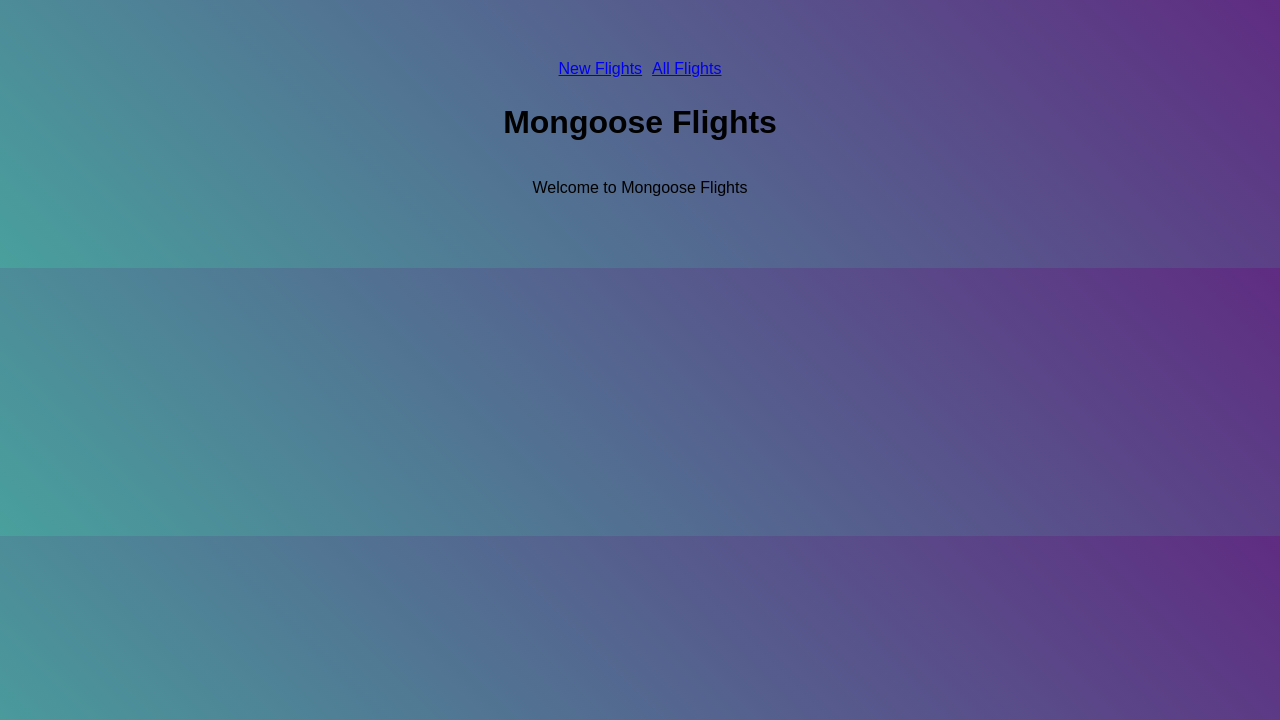
Repository: jmendoza13/mongoose-flights
Page: http://localhost/
The author's editor kept a copy of each file at every save. The page is drawn from the files as they stood at one save, then again after the next save.
The browser window is 1280 px wide. The pictures show the whole page.
The page is served by the project's Node server (server.js). Other server files are loaded and not shown.

Above is the page before, as saved 2022-07-22 12:26:02.

### views/index.ejs
<%- include('./partials/header') %>

   <h1><%= title %></h1>
    <p>Welcome to <%= title %></p>

    <%- include('./partials/footer') %>

### views/Partials/header.ejs
<!DOCTYPE html>
<html lang="en">

<head>
    <meta charset="UTF-8">
    <meta http-equiv="X-UA-Compatible" content="IE=edge">
    <meta name="viewport" content="width=device-width, initial-scale=1.0">
    <link rel='stylesheet' href='/stylesheets/style.css' />
    <title>Flights</title>
</head>

<body>
    <nav>
        <a href="/flights/new">New Flights</a>
        <a href="/flights">All Flights</a>
    </nav>

### server.js
var createError = require('http-errors');
var express = require('express');
var path = require('path');
var cookieParser = require('cookie-parser');
var logger = require('morgan');

require('dotenv').config();

require('./config/database');

var indexRouter = require('./routes/index');
var flightsRouter = require('./routes/flights');
var destinationsRouter = require('./routes/destinations');
var ticketsRouter = require('./routes/tickets');

var app = express();

// view engine setup
app.set('views', path.join(__dirname, 'views'));
app.set('view engine', 'ejs');

app.use(logger('dev'));
app.use(express.json());
app.use(express.urlencoded({ extended: false }));
app.use(cookieParser());
app.use(express.static(path.join(__dirname, 'public')));

app.use('/', indexRouter);
app.use('/flights', flightsRouter);
app.use('/', destinationsRouter);
app.use('/', ticketsRouter);

// catch 404 and forward to error handler
app.use(function(req, res, next) {
  next(createError(404));
});

// error handler
app.use(function(err, req, res, next) {
  // set locals, only providing error in development
  res.locals.message = err.message;
  res.locals.error = req.app.get('env') === 'development' ? err : {};

  // render the error page
  res.status(err.status || 500);
  res.render('error');
});

module.exports = app;

### routes/index.js
var express = require('express');
var router = express.Router();

/* GET home page. */
router.get('/', function(req, res, next) {
  res.render('index', { title: 'Mongoose Flights' });
});

module.exports = router;

### public/stylesheets/style.css
body {
  padding: 50px;
  font-family: sans-serif;  display: grid;
  font-weight: 100;
  justify-content: center;
  background: linear-gradient(45deg, #49a09d, #5f2c82);
  background-repeat: contain;
  text-align: center;
  margin: 5px;
  grid-template-areas:
    "nav"
    "main"
}

nav, h1, p {
  display: flex;
  color: #010101;
  justify-content: center;
  align-items: center;
  text-align: center;
}

.container {
	position: absolute;
	top: 50%;
	left: 50%;
	transform: translate(-50%, -50%);
}

table {
	width: 800px;
	border-collapse: collapse;
	overflow: hidden;
	box-shadow: 0 0 20px rgba(0,0,0,0.1);
}

th,
td {
	padding: 15px;
	background-color: rgba(255,255,255,0.2);
	color: #fff;
}

th {
	text-align: left;
}

thead {
	th {
		background-color: #55608f;
	}
}

tbody {
	tr {
		&:hover {
			background-color: rgba(255,255,255,0.3);
		}
	}
	td {
		position: relative;
		&:hover {
			&:before {
				content: "";
				position: absolute;
				left: 0;
				right: 0;
				top: -9999px;
				bottom: -9999px;
				background-color: rgba(255,255,255,0.2);
				z-index: -1;
			}
		}
	}
}

a {
  padding: 5px;
}

Loaded but not shown: views/Partials/footer.ejs (common file)

After the next save:
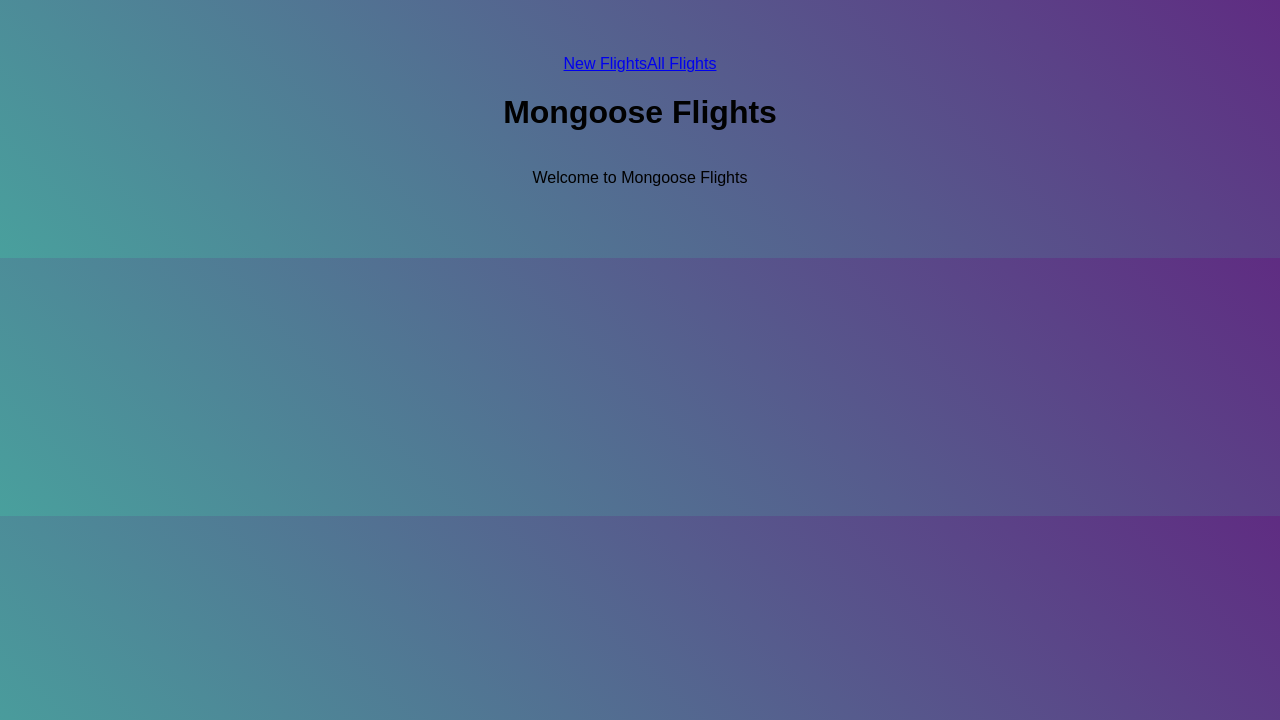
Saved 2 min 3 s later.
--- a/public/stylesheets/style.css
+++ b/public/stylesheets/style.css
@@ -57,22 +57,7 @@
 			background-color: rgba(255,255,255,0.3);
 		}
 	}
-	td {
-		position: relative;
-		&:hover {
-			&:before {
-				content: "";
-				position: absolute;
-				left: 0;
-				right: 0;
-				top: -9999px;
-				bottom: -9999px;
-				background-color: rgba(255,255,255,0.2);
-				z-index: -1;
-			}
-		}
-	}
-}
+
 
 a {
   padding: 5px;

After the save that followed:
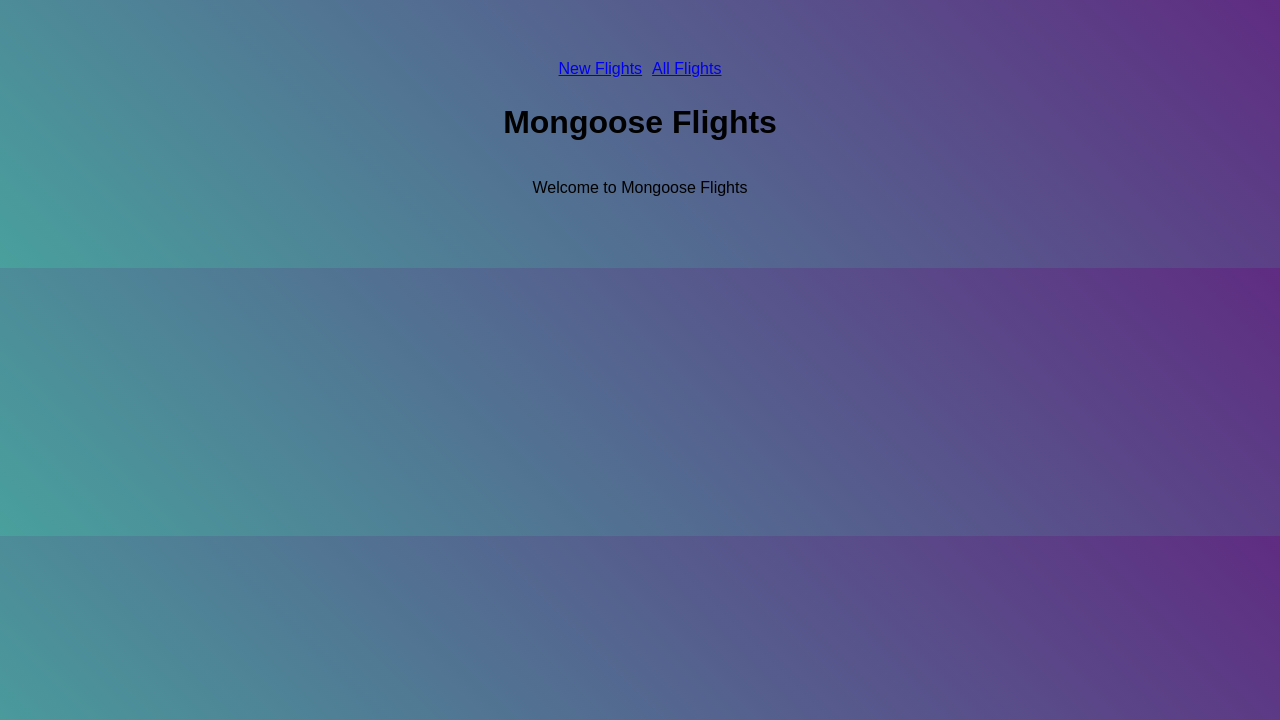
Saved 59 s later.
--- a/public/stylesheets/style.css
+++ b/public/stylesheets/style.css
@@ -45,18 +45,6 @@
 	text-align: left;
 }
 
-thead {
-	th {
-		background-color: #55608f;
-	}
-}
-
-tbody {
-	tr {
-		&:hover {
-			background-color: rgba(255,255,255,0.3);
-		}
-	}
 
 
 a {
